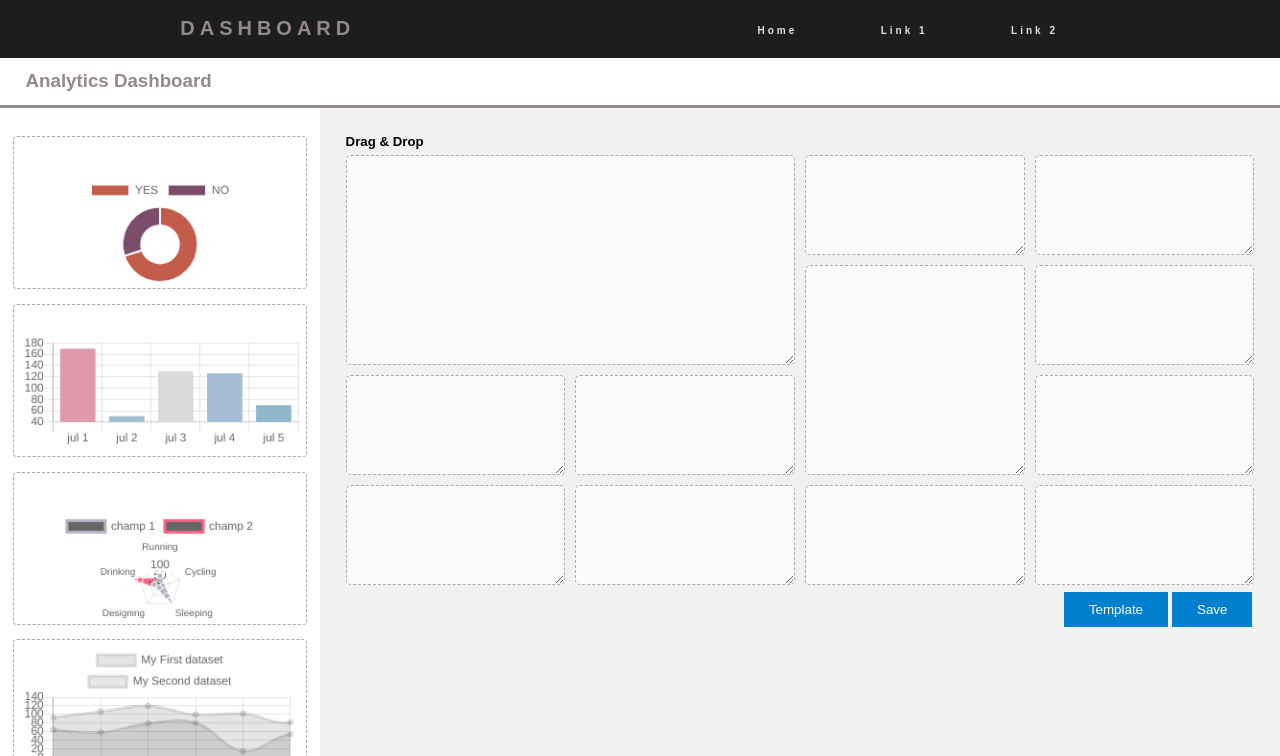
Repository: nourabdelhakam/drag-drop
Page: index.html
An editor plug-in stored every save of this project. The page is shown before and after the next save, followed by the edit.
The browser window is 1280 px wide. The pictures show the whole page.
Some web libraries are served in a nearby version.

Above is the page before, as saved 2020-07-05 06:56:07.

### index.html
<!DOCTYPE html>
<html lang="en">
<head>
    <meta charset="UTF-8">
    <meta name="viewport" content="width=device-width, initial-scale=1.0">
    <meta http-equiv="X-UA-Compatible" content="ie=edge">
    <title>Drag & Drop</title>

    <script src="https://cdn.jsdelivr.net/npm/chart.js@2.8.0"></script>

    <link rel="stylesheet" href="nav/nav.css">
    <link rel="stylesheet" href="css/main.css">
</head>
<body>

    <!-- <nav> -->
        <nav>
            <div class="logo">
                <h4>Dashboard</h4>
            </div>
            <ul class="nav-links">
                <li><a href="">Home</a></li>
                <li><a href="">Link 1</a></li>
                <li><a href="">Link 2</a></li>
            </ul>
            <div class="burger">
                <div class="line1"></div>
                <div class="line2"></div>
                <div class="line3"></div>
            </div>
        </nav>
      <!-- </nav> end of nav -->

      <section>
          <h3>Analytics Dashboard</h3>
          <div class="container">
            <div class="left">
                <div class="list">
                    <canvas  draggable="true"  class="list-item" id="myChart"></canvas>
                    <canvas  draggable="true"  class="list-item" id="myChart2"></canvas>
                    <canvas  draggable="true"  class="list-item" id="myChart3" ></canvas>
                    <canvas  draggable="true"  class="list-item" id="myChart4"></canvas>
                </div>
              </div>
              <div class="right">
                  <h5>Drag & Drop</h5>
                  <div class="wrapper" id="wrapper">
                    <div class="list">
                    </div>
                    <div class="list"></div>
                    <div class="list"></div>
                    <div class="list"></div>
                    <div class="list"></div>
                    <div class="list"></div>
                    <div class="list"></div>
                    <div class="list"></div>
                    <div class="list"></div>
                    <div class="list"></div>
                    <div class="list"></div>
                    <div class="list"></div>
                  </div>
                  <button class="btn" id="saveBtn">Save</button>
                  <button class="btn"  id="tempBtn" >Template</button>
              </div>
          </div>
      </section>
      <section>

      </section>

    <script src="main.js" type="text/javascript"></script>
    <script src="chart.js" type="text/javascript"></script>
    <script src="nav/nav.js" type="text/javascript"></script>
</body>
</html>

### nav/nav.css
nav {
    display: flex;
    justify-content: space-around;
    align-items: center;
    min-height: 8vh;
    background-color: #1D1D1D;
    font-family: "Poppins", sans-serif;
}
.logo {
    color: rgb(226, 226, 226);
    text-transform: uppercase;
    letter-spacing: 5px;
    font-size: 20px;
}
.nav-links {
    display: flex;
    justify-content: space-around;
    width: 30%;
}
.nav-links li {
    list-style: none;
}
.nav-links a {
    color: rgb(226, 226, 226);
    text-decoration: none;
    letter-spacing: 3px;
    font-weight: bold;
    font-size: 10px;
}
.burger {
    display: none;
    cursor: pointer;
}
.burger div {
    width: 25px;
    height: 3px;
    background-color: rgb(226, 226, 226);
    margin: 5px;
    transition: all 0.3s ease;
}


@media screen and (max-width:1024px) {
    .nav-links {
        width: 60%;
    }
}

@media screen and (max-width:768px) {

    body {
        overflow-x: hidden;
    }
    .nav-links {
        position: absolute;
        right: 0px;
        height: 92vh;
        top: 8vh;
        background-color: #1D1D1D;
        display: flex;
        flex-direction: column;
        align-items: center;
        width: 50%;
        transform: translatex(100%);
        transition: transform 0.5s ease-in;
    }
    .nav-links li {
        opacity: 0;
    }
    .burger {
        display: block;
    }
}

.nav-active {
    transform: translatex(0%);
}

@keyframes navLinkFade {
    from {
        opacity: 0;
        transform: translatex(50%);
    }
    to {
        opacity: 1;
        transform: translatex(0%);
    }
}

.toggle .line1 {
    transform: rotate(-45deg) translate(-5px, 6px);
}
.toggle .line2 {
    opacity: 0;
}
.toggle .line3 {
    transform: rotate(45deg) translate(-5px, -6px);
}

.landing {
    height: 90vh;
    display: flex;
    justify-content: center;
    align-items: center;
}
.landing h1 {
    margin: 100px;
    font-size: 50px;
    color: #ae5fce;
}

### css/main.css
* {
    margin: 0;
    padding: 0;
    box-sizing: border-box;
}
body {
    font-family: Arial, Helvetica, sans-serif;
}
h3, h4, a {
    color: rgb(148, 137, 137);
}
h3 {
    padding: 1% 2%;
}
h5 {
    margin-bottom: .5em;
}
.container {
    border-top: 3px solid rgb(148, 137, 137);
}
.left {
    width: 25%;
    height: 90vh;
    float: left;
    padding: 1%;
    overflow:hidden;
    overflow-y:scroll;
}
.right {
    width: 75%;
    height: 90vh;
    float: left;
    padding: 2%;
    background-color: #F1F1F1;
}

.list-item {
    /* background-color: #F3F3F3; */
    border-radius: 4px;
    border: 1px dashed darkgrey;
    padding: 5px 5px;
    text-align: center;
    margin: 5% 0;
    /* height: 100%;
    width: 100%; */
    cursor: pointer;
}
canvas {
    height: 100%;
    width: 100%;
}

.wrapper > div {
    border: 1px dashed darkgrey;
    border-radius: 5px;
    background-color: #FAFBFB;
    resize: both;
    overflow: auto;
}
.wrapper {
  display: grid;
  grid-template-columns: repeat(4, 1fr);
  grid-auto-rows: 100px;
  grid-gap: 10px;
}
 .wrapper div:nth-child(2) {
   grid-column: 3;
   grid-row: 2 / 4;
}
 .wrapper div:nth-child(5) {
   grid-column: 1 / 3;
   grid-row: 1 / 3;
}
/* .plus-button {
	border: 2px solid lightgrey;
	background-color: #fff;
	font-size: 16px;
	height: 2.5em;
	width: 2.5em;
	border-radius: 999px;
    position: relative;

}

.plus-button:after,
.plus-button:before {
		content: "";
		display: block;
		background-color: grey;
		position: absolute;
		top: 50%;
		left: 50%;
        transform: translate(-50%, -50%);

	}

	.plus-button:before {
		height: 1em;
		width: 0.2em;
	}

	.plus-button:after {
		height: 0.2em;
		width: 1em;
	}


.plus-button--small {
	font-size: 12px;
} */
.btn {
    background-color: #007FCF;
    border: none;
    color: white;
    padding: 10px 25px;
    text-align: center;
    text-decoration: none;
    display: inline-block;
    margin: 7px 2px;
    cursor: pointer;
    float: right;
}

### main.js
const list_items = document.querySelectorAll(".list-item");
const lists = document.querySelectorAll(".list");

// //localStorage
// const wrapper = document.getElementById('wrapper').innerHTML;
// const saveBtn = document.getElementById("saveBtn");
// const tempPreview = document.getElementById('tempPreview');
// const tempBtn =  document.getElementById('tempBtn');
// saveBtn.addEventListener("click", function () {
//   var template = localStorage.getItem("template");
//   console.log(template);

//   if (template)
//     var c = confirm("There is a saved template, Do you want to overwrite it?");


//   if (c == true || !template) {

// 	let itemsArray = JSON.stringify(wrapper);
// 	localStorage.setItem("template", itemsArray);
// 	tempBtn.style.display = "block"

// 	// tempPreview.innerHTML = wrapper;
//   }
// });

// tempPreview.addEventListener('click',function(){
// 	itemsArray = JSON.parse(localStorage.getItem('template'));
// 	 wrapper.innerHTML = itemsArray ;
// })

// const data = JSON.parse(localStorage.getItem('items'))
// //localStorage

let draggedItem = null;

for (let i = 0; i < list_items.length; i++) {
  const item = list_items[i];
  console.log(item.id);
  item.addEventListener("dragstart", function () {
    draggedItem = item;
    console.log(item.id);

    setTimeout(function () {
      item.style.display = "none";
    }, 0);
  });

  item.addEventListener("dragend", function () {
    setTimeout(function () {
      draggedItem.style.display = "block";
      draggedItem.style.padding = "0";
      draggedItem.style.margin = "0";
    //   draggedItem.style.height = "100%";
    //   draggedItem.style.width = "100%";
      draggedItem = null;
    }, 0);
  });

  for (let j = 0; j < lists.length; j++) {
    const list = lists[j];

    list.addEventListener("dragover", function (e) {
      e.preventDefault();
    });

    list.addEventListener("dragenter", function (e) {
      e.preventDefault();
      this.style.backgroundColor = "#FFFFFF";
    });

    list.addEventListener("dragleave", function (e) {
      this.style.backgroundColor = "#F9FDFF";
    });

    list.addEventListener("drop", function (e) {
      console.log("drop");
      console.log(item);

      this.append(draggedItem);
	  this.style.backgroundColor = "#FFFFFF";
	//   this.style.width = "100%";
	//   this.style.height = "100%";
    });
  }
}

### chart.js

let data1 = [70, 30];
let colors1 = ['#C45C4B', '#7B4D6A']
let labels1 = ['YES', 'NO'];

let myChart1 = document.getElementById("myChart").getContext('2d');

let chart1 = new Chart(myChart1, {
    type: 'doughnut',
    data: {
        labels: labels1,
        datasets: [ {
            data: data1,
            backgroundColor: colors1
        }]
    },
    options: {
        title: {
            Text: "Do you like doughnuts?",
            display: true,

        }
    }
});

let labels2 = ['jul 1', 'jul 2', 'jul 3', 'jul 4', 'jul 5'];
let data2 = [170, 50.5, 130, 126.3, 70];
let colors2 = ['#E099AC', '#A4BCD3', '#DCD9DA', '#A4BCD4', '#92B6CB']

let myChart2 = document.getElementById("myChart2").getContext('2d');

let chart2 = new Chart(myChart2, {
    type: 'bar',
    data: {
        labels: labels2,
        datasets: [ {
            data: data2,
            backgroundColor: colors2,

        }]
    },
    options: {
        title: {
            Text: "Do you like doughnuts?",
            display: true
        },
        legend: {
            display: false
        }
    }
});

let labels3 = ['Running', 'Cycling', 'Sleeping', 'Designing', 'Drinking'];

let myChart3 = document.getElementById("myChart3").getContext('2d');

let chart3 = new Chart(myChart3, {
    type: 'radar',
    data: {
        labels: labels3,
        datasets: [
            {
                label: 'champ 1',
                fill: true,
                backgroundColor: "rgba(179, 181, 198, 0,2)",
                borderColor: "rgba(179, 181, 198, 1)",
                pointBorderColor: "#fff",
                pointBackgroundColor: "rgba(179, 181, 198, 1)",
                data: [50, 12, 55, 7, 29]
            },
            {
                label: 'champ 2',
                fill: true,
                backgroundColor: "rgba(355, 99, 132, 0,2)",
                borderColor: "rgba(355, 99, 132, 1)",
                pointBorderColor: "#fff",
                pointBackgroundColor: "rgba(355, 99, 132, 1)",
                data: [33, 14, 58, 9, 99]
            },
        ]
    },
    options: {
        title: {
            Text: "Skills",
            display: true
        }
    }
});

// let labels4 = ['Germany', 'France', 'UK', 'Italy', 'spain', 'others(23)'];
// let data4 = [50, 20, 30, 83, 77, 88];
// let colors4 = ['#F59F3A', '#E74C9A', '#C22BA7', '#05C4ED', '#7e4a35', '#dbceb0']

// let myChart4 = document.getElementById("myChart4").getContext('2d');

// let chart4 = new Chart(myChart4, {
//     type: 'pie',
//     data: {
//         labels: labels4,
//         datasets: [ {
//             data: data4,
//             backgroundColor: colors4,
//         }]
//     },
//     options: {
//         title: {
//             Text: "Population of the European Union",
//             display: true
//         }
//     }
// });


let labels4 = ['jan', 'feb', 'mar', 'apr', 'may', 'jun'];

let myChart4 = document.getElementById("myChart4").getContext('2d');
let chart4 = new Chart(myChart4, {
    type: 'line',
    data: {
        labels: labels4,
        datasets: [
            {
                label: "My First dataset",
                fillColor: "rgba(220,220,220,0.2)",
                strokeColor: "rgba(220,220,220,1)",
                pointColor: "rgba(220,220,220,1)",
                pointStrokeColor: "#fff",
                pointHighlightFill: "#fff",
                pointHighlightStroke: "rgba(220,220,220,1)",
                data: [65, 59, 80, 81, 16, 55, 40]
            },
            {
                label: "My Second dataset",
                fillColor: "rgba(151,187,205,0.2)",
                strokeColor: "rgba(151,187,205,1)",
                pointColor: "#EA8971",
                pointStrokeColor: "#fff",
                pointHighlightFill: "#fff",
                pointHighlightStroke: "rgba(151,187,205,1)",
                data: [28, 48, 40, 19, 86, 27, 90]
            }
        ]
    },
    options: {
        scales: {
            yAxes: [{
                stacked: true
            }]
        }
    }
});

### nav/nav.js
const navSlide = () => {
    const burger = document.querySelector('.burger');
    const nav = document.querySelector('.nav-links');
    const navLinks = document.querySelectorAll('.nav-links li');


    burger.addEventListener('click', () => {

        //Toggle Nav
        nav.classList.toggle('nav-active');

        //Animate Links
        navLinks.forEach((link, index) => {

            if (link.style.animation) {
                link.style.animation = '';
            } else {
                link.style.animation = `navLinkFade 0.5s ease forwards ${index / 7 + 0.3}s`;
            }

        });

        //Burger Animation
        burger.classList.toggle('toggle');
    });

}

navSlide();

After the next save:
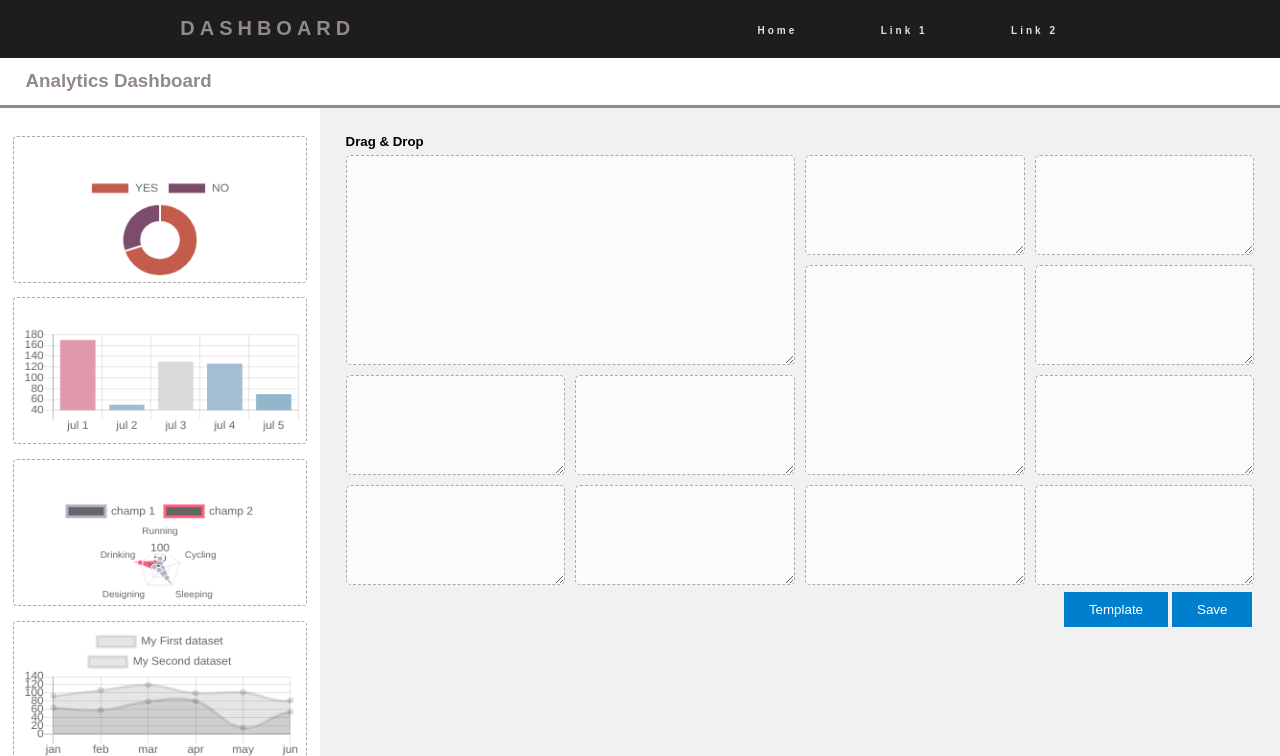
Saved 36 s later.
--- a/css/main.css
+++ b/css/main.css
@@ -45,10 +45,10 @@
     width: 100%; */
     cursor: pointer;
 }
-canvas {
+/* canvas {
     height: 100%;
     width: 100%;
-}
+} */
 
 .wrapper > div {
     border: 1px dashed darkgrey;

After the 6 saves that followed:
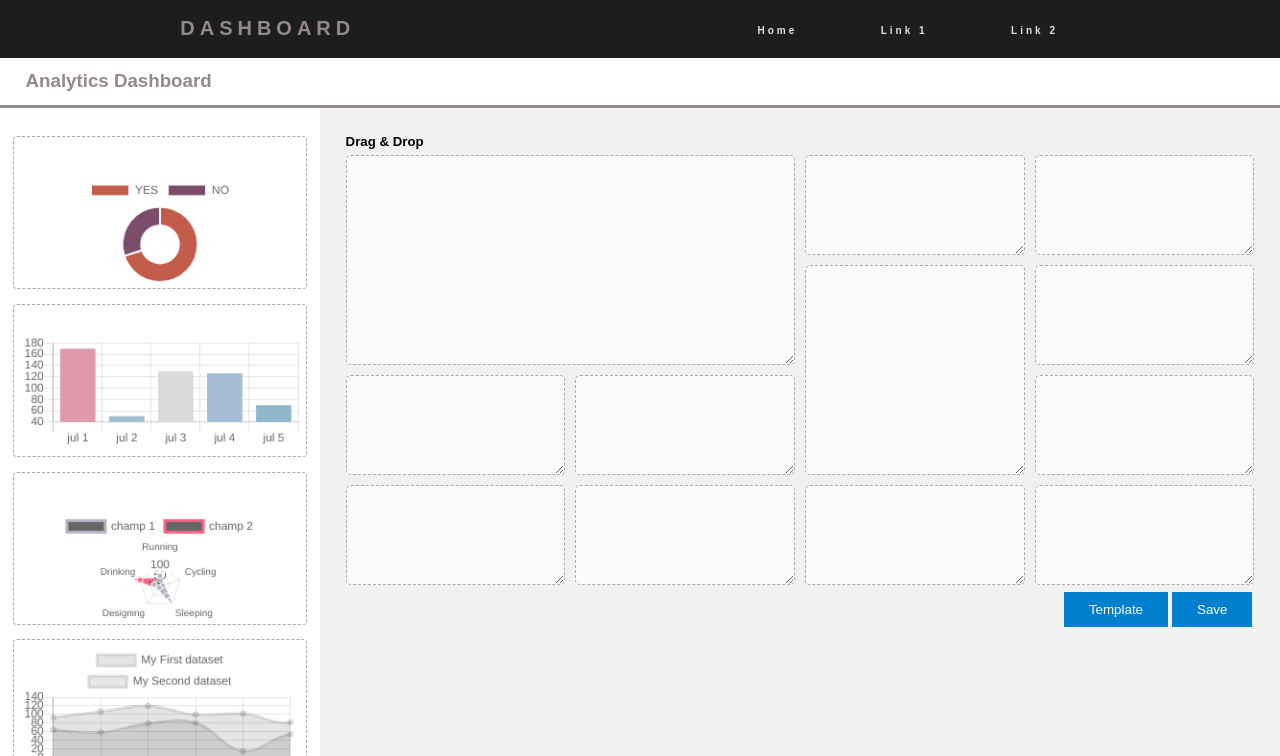
The 6 saves are shown as one change because 5 left the picture as it was.
The last was saved 7 min 44 s later.
--- a/css/main.css
+++ b/css/main.css
@@ -45,10 +45,10 @@
     width: 100%; */
     cursor: pointer;
 }
-/* canvas {
+canvas {
     height: 100%;
     width: 100%;
-} */
+}
 
 .wrapper > div {
     border: 1px dashed darkgrey;
--- a/main.js
+++ b/main.js
@@ -51,8 +51,8 @@ for (let i = 0; i < list_items.length; i++) {
       draggedItem.style.display = "block";
       draggedItem.style.padding = "0";
       draggedItem.style.margin = "0";
-    //   draggedItem.style.height = "100%";
-    //   draggedItem.style.width = "100%";
+      draggedItem.style.height = "100%";
+      draggedItem.style.width = "100%";
       draggedItem = null;
     }, 0);
   });
@@ -79,8 +79,6 @@ for (let i = 0; i < list_items.length; i++) {
 
       this.append(draggedItem);
 	  this.style.backgroundColor = "#FFFFFF";
-	//   this.style.width = "100%";
-	//   this.style.height = "100%";
     });
   }
 }
